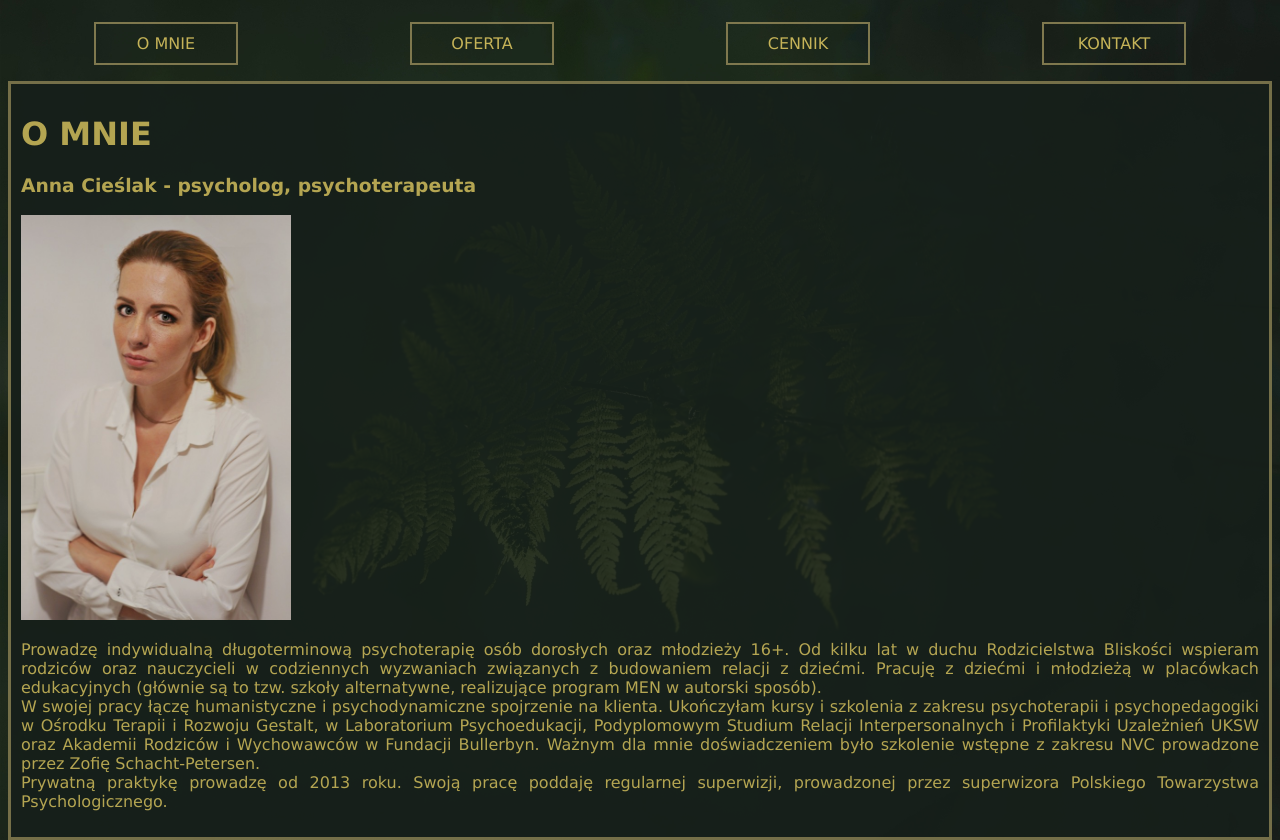
Repository: LechCieslak/Anna_Cieslak_v2.1
Page: index.html
An editor plug-in stored every save of this project. The page is shown before and after the next save, followed by the edit.
The browser window is 1280 px wide. The pictures show the whole page.
After loading, the first visible `li.li1` was clicked once.

Above is the page before, as saved 2020-10-13 22:29:40.

### index.html
<!DOCTYPE html>
<html lang="pl">
<head>
    <meta charset="UTF-8">
    <meta name="viewport" content="width=device-width, initial-scale=1.0">
    <link rel="stylesheet" href="style.css">
    <title>Przyjazne miejsce</title>
</head>
<body>
    <main>

            <div class="menu">
                <ul>
                    <li class="li1">O MNIE</li>
                    <li class="li2">OFERTA</li>
                    <li class="li3">CENNIK</li>
                    <li class="li4">KONTAKT</li>
                </ul>
            </div>

            <div class="oMnie shape">
                <h1>O MNIE</h1>

                <h3>Anna Cieślak - psycholog, psychoterapeuta </h3>
                <p><img src="images/ac-bio-m.jpg" alt=""></p>
                <p>Prowadzę indywidualną długoterminową psychoterapię osób dorosłych oraz młodzieży 16+. Od kilku lat w duchu Rodzicielstwa Bliskości wspieram rodziców oraz nauczycieli w codziennych wyzwaniach związanych z budowaniem relacji z dziećmi. Pracuję z dziećmi i młodzieżą w placówkach edukacyjnych (głównie są to tzw. szkoły alternatywne, realizujące program MEN w autorski sposób). <br>
                    W swojej pracy łączę humanistyczne i psychodynamiczne spojrzenie na klienta. Ukończyłam kursy i szkolenia z zakresu psychoterapii i psychopedagogiki w Ośrodku Terapii i Rozwoju Gestalt, w Laboratorium Psychoedukacji, Podyplomowym Studium Relacji Interpersonalnych i Profilaktyki Uzależnień UKSW oraz Akademii Rodziców i Wychowawców w Fundacji Bullerbyn. Ważnym dla mnie doświadczeniem było szkolenie wstępne z zakresu NVC prowadzone przez Zofię Schacht-Petersen. <br>
                    Prywatną praktykę prowadzę od 2013 roku. Swoją pracę poddaję regularnej superwizji, prowadzonej przez superwizora Polskiego Towarzystwa Psychologicznego.</p>
                </div>

            <div class="metoda shape">
                <h1>OFERTA</h1>
                <p>psychoterapia indywidualna osób dorosłych
                    <br><br>
                    psychoterapia młodzieży 16+
                    <br><br>
                    wsparcie w rodzicielstwie
                    <br><br>
                    warsztaty</p>
            </div>

            <div class="cennik shape">
                <h1>CENNIK</h1>
                <p><span class="bold">sesja indywidualna (50 minut) 120 zł</span></p>
            </div>

            <div class="kontakt shape">
                <h1>Anna Cieślak</h1>
                <p>psycholog, psychoterapeuta
                    <br><br>
                    tel. 793 42 01 01
                    <br><br>
                    pl. Szembeka 1 lok. 29, Warszawa
                    <br><br><br>
                    <span class="bold">
                    OD STYCZNIA 2021
                    <br><br>
                    Wileńska 14 m. 73, Warszawa
                    </span>
                </p>
            </div>
    </main>


    <script src="app.js"></script>
</body>
</html>

### style.css
* {
    font-family: verdana;
    padding: 0px;
}

body {
    --tlo: #4C6464;
    --text: #C5B358;
    --ramka: #7F784E;
    color: var(--text);
    background-color:#161f1a;
}

ul {
    display: flex;
    justify-content: space-around;
}

img {
    width: 50%;
    height: 50%;
}

.menu li {
    margin-top: 6px;
    padding: 10px;
    display: inline-block;
    border: solid 2px var(--ramka);
    list-style-type: none;
    width: 120px;
    cursor: pointer;
    text-align: center;
}

.shape {
    border: solid 3px var(--ramka);
    margin-right: 8px;
    opacity: 0;
    padding: 10px;
    position: absolute;
    text-align: justify;
    background-color: #161f1a;
    display: block;
}

.nowa {
    opacity: 0.9;
}

.bold {
    font-weight: bold;
}

/* RWD
*********
************
********************
*/


@media (min-width: 992px) {
    /* style css */

    body {
        background-repeat: no-repeat;
        background-image: url("images/background-poz.jpg");
    }

    img {
        width: 270px;
    }

}


@media (max-width: 992px) and (min-width: 577px) {
    /* style css */

    body {
        background-repeat: no-repeat;
        background-image: url("images/background-poz.jpg");
    }

    img {
        width: 270px;
    }

}

@media (max-width: 576px) and (min-width: 321px) {
    body {
        /* style css - tel. pionowo */
        font-size: 10px;
        background-position-x: center;
        background-image: url("images/background-pion.jpg");
    }

    .menu li {
        width: 50px;
        height: 8px;
        padding-top: 6px;
    }
}

@media (max-width: 320px) {
    body {
        font-size: 10px;
        background-position-x: center;
        background-image: url("images/background-pion.jpg");
    }

    ul {
        width: 55px;
        display: block;
    }
}

### app.js
let a = document.querySelector('.li1');
let b = document.querySelector('.oMnie');
let c = document.querySelector('.li2');
let d = document.querySelector('.metoda');
let e = document.querySelector('.li3');
let f = document.querySelector('.cennik');
let g = document.querySelector('.li4');
let h = document.querySelector('.kontakt');

a.addEventListener('click', e => {
  b.classList.toggle("nowa");
  d.classList.remove("nowa");
  f.classList.remove("nowa");
  h.classList.remove("nowa");
});


c.addEventListener('click', e => {
  d.classList.toggle("nowa");
  b.classList.remove("nowa");
  f.classList.remove("nowa");
  h.classList.remove("nowa");
});

e.addEventListener('click', e => {
  f.classList.toggle("nowa");
  b.classList.remove("nowa");
  d.classList.remove("nowa");
  h.classList.remove("nowa");
});


g.addEventListener('click', e => {
  h.classList.toggle("nowa");
  b.classList.remove("nowa");
  d.classList.remove("nowa");
  f.classList.remove("nowa");
});

After the next save:
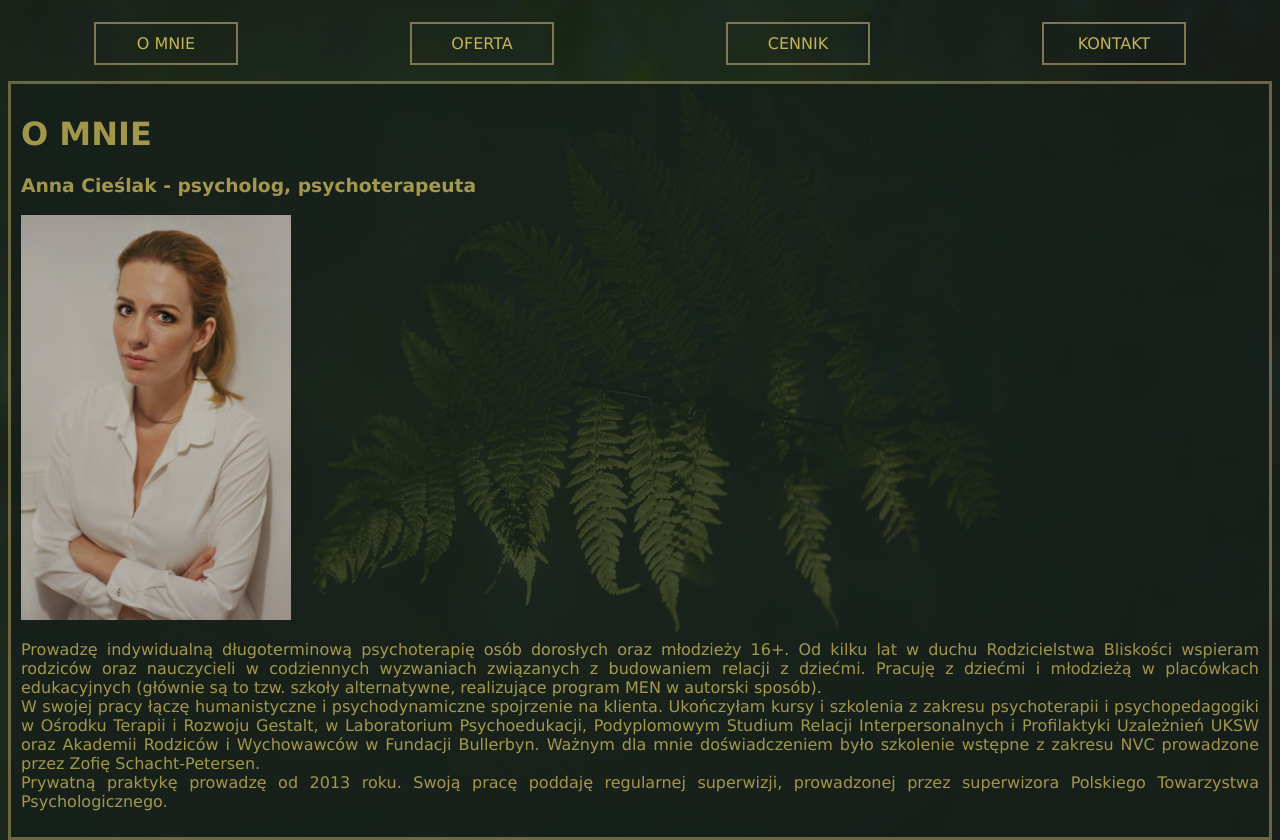
Saved 2 min 23 s later.
--- a/style.css
+++ b/style.css
@@ -44,7 +44,7 @@
 }
 
 .nowa {
-    opacity: 0.9;
+    opacity: 0.8;
 }
 
 .bold {
